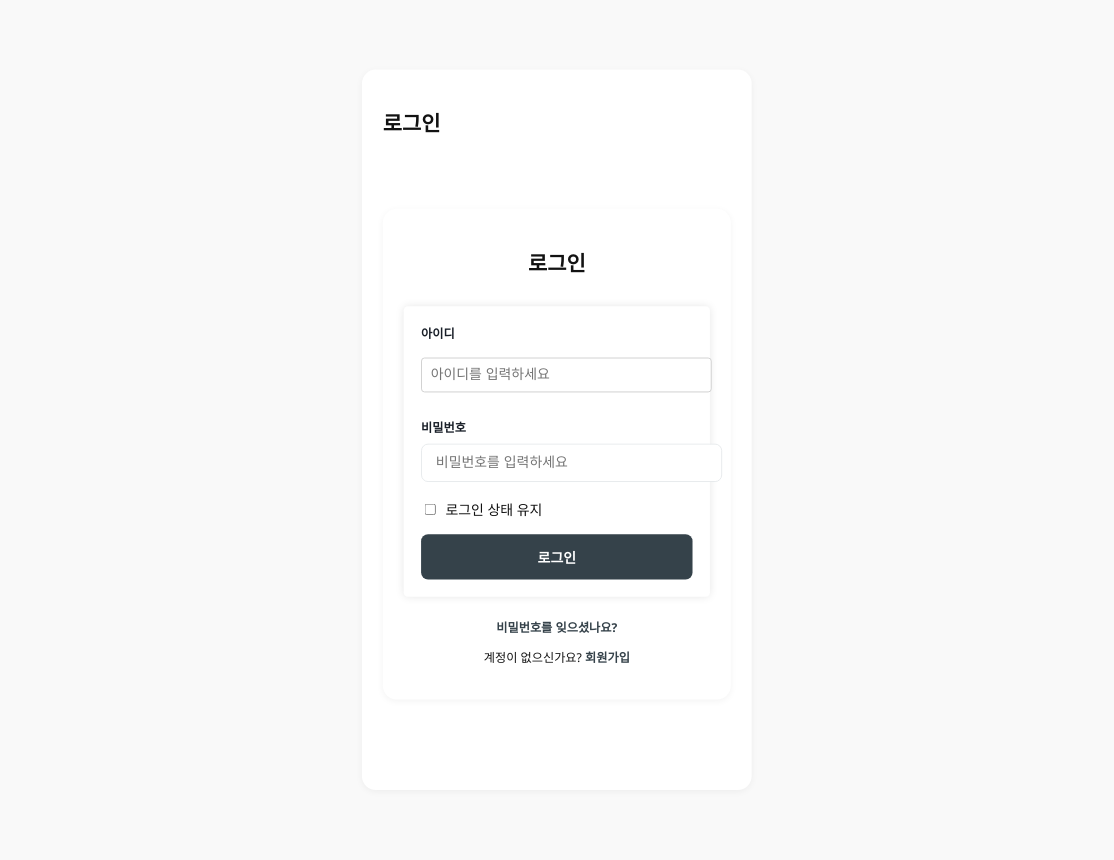
Repository: dldnwls07/Register_Login_Form
Page: /
These files come from the project's save history. The page is drawn as it stood at one moment and after the next save; the edit follows.
The browser window is 1280 px wide. The pictures show the whole page, at 87% of full size.
The project was rebuilt for these pictures with package versions that can differ from the ones it lists, and the page was loaded fresh each time. Also part of the build but not shown: src/pages/auth/RegisterPage.jsx.

Above is the page before, as saved 2025-05-26 09:36:13.

After the next save:
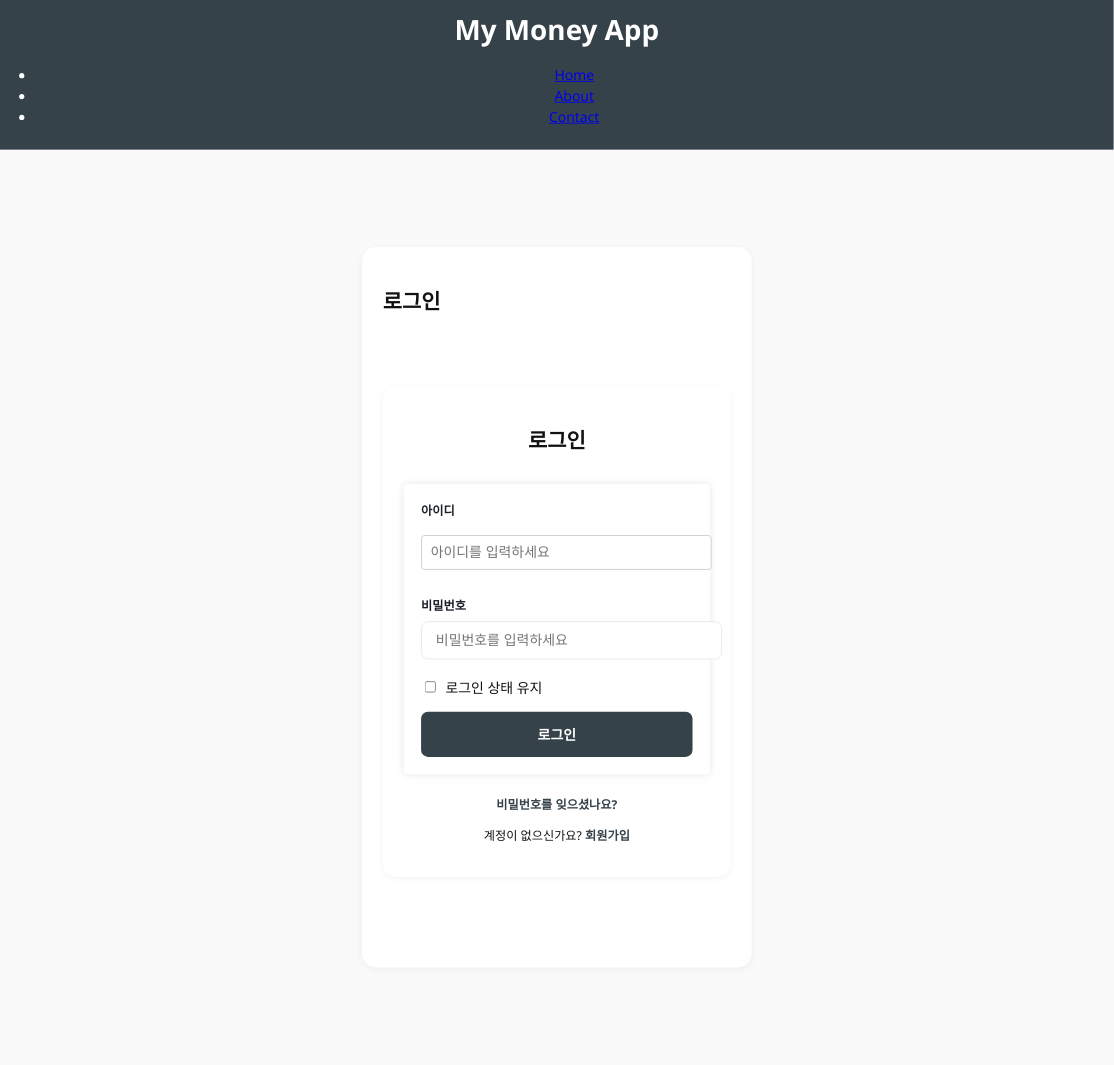
Saved 99 s later.
--- a/src/App.jsx
+++ b/src/App.jsx
@@ -1,7 +1,7 @@
 import React from 'react';
 import { BrowserRouter as Router, Routes, Route, Navigate } from 'react-router-dom';
 import { AuthProvider } from './context/AuthContext';
-
+import Header from './components/Header';
 import LoginPage from './pages/auth/LoginPage';
 import RegisterPage from './pages/auth/RegisterPage';
 
@@ -11,11 +11,16 @@ const App = () => {
     return (
         <AuthProvider>
             <Router>
-                <Routes>
-                    <Route path="/login" element={<LoginPage />} />
-                    <Route path="/register" element={<RegisterPage />} />
-                    <Route path="/" element={<Navigate to="/login" />} />
-                </Routes>
+                <div className="App">
+                    <Header />
+                    <main className="App-content">
+                        <Routes>
+                            <Route path="/login" element={<LoginPage />} />
+                            <Route path="/register" element={<RegisterPage />} />
+                            <Route path="/" element={<Navigate to="/login" />} />
+                        </Routes>
+                    </main>
+                </div>
             </Router>
         </AuthProvider>
     );
